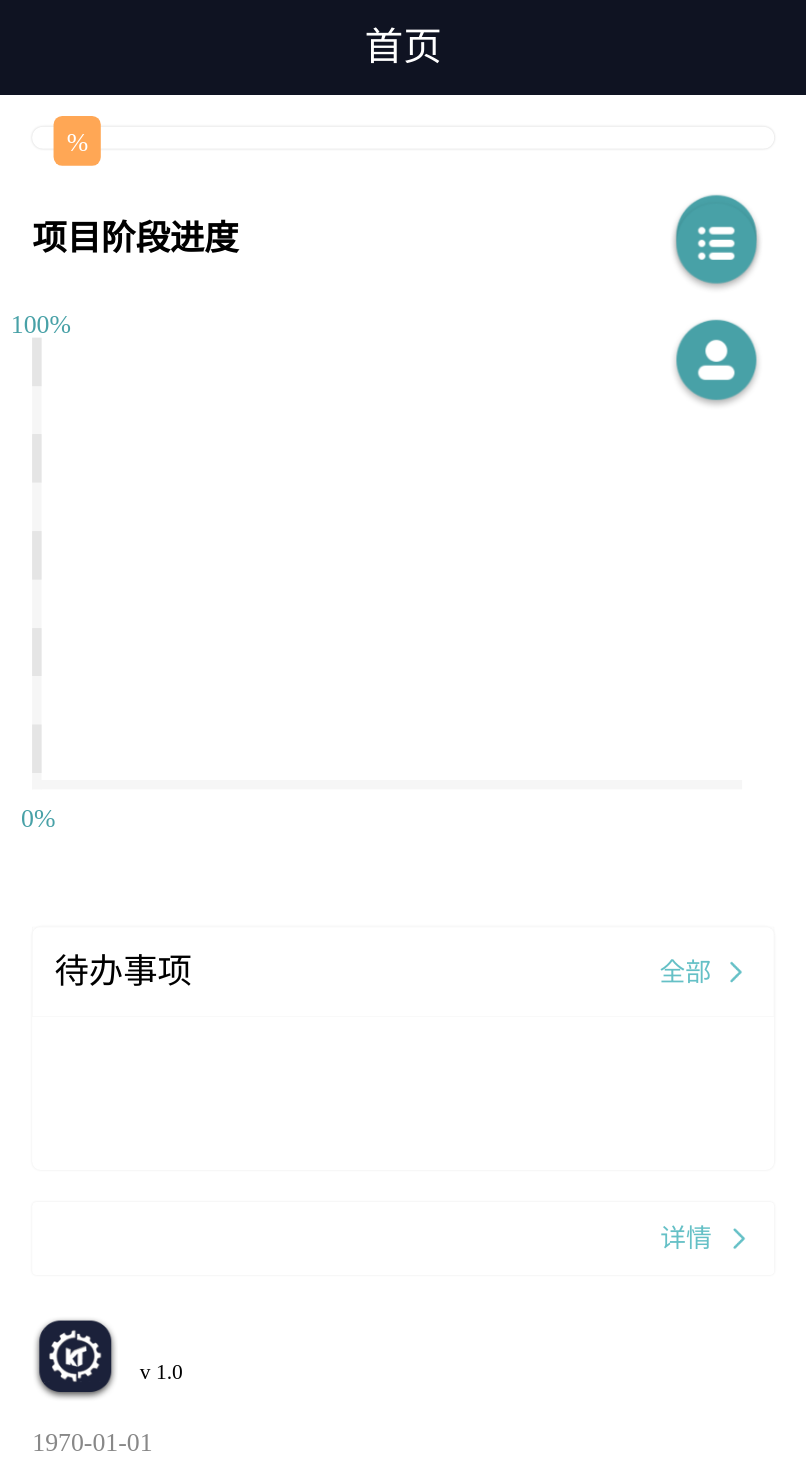
Repository: 421538074/idash.top
Page: index.html
These files come from the project's save history. The page is drawn as it stood at one moment and after the next save; the edit follows.
The browser window is 1280 px wide. The pictures show the whole page, at 63% of full size.
The page's requests for data from a server got no answer.

Above is the page before, as saved 2019-05-16 10:18:05.

After the next save:
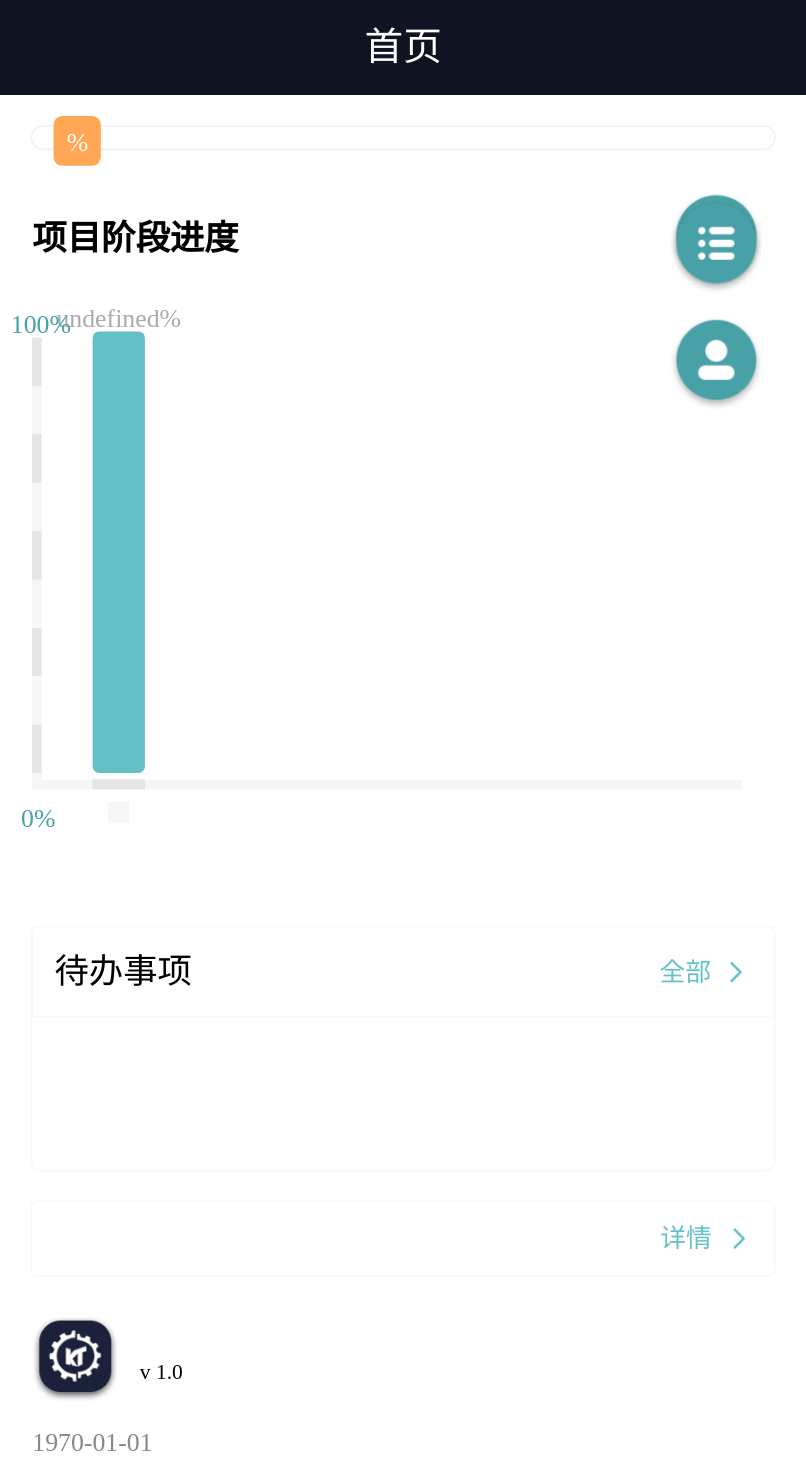
Saved 4 days later.
--- a/js/index.js
+++ b/js/index.js
@@ -12,7 +12,7 @@ var xm = new Vue({
         backer: '',
         test: '',
         check: '',
-        percentList: [],
+        percentList: ['aaaaaaaa'],
         rate: '',
         arr: '',
         staus: ['需求', '原型', '设计', '前端', '后台', '测试', '验收']
